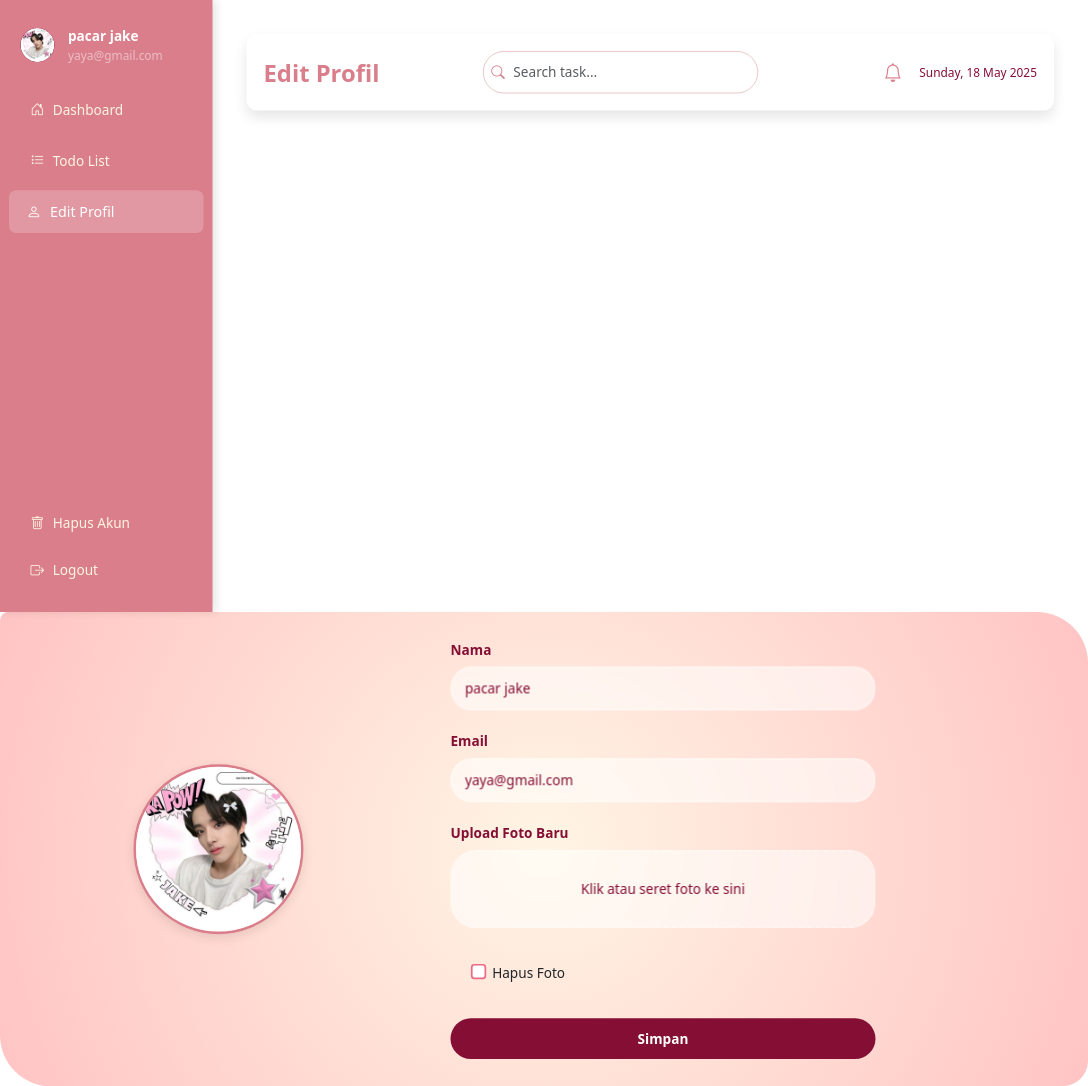
Repository: zhr-nabila/FloTime
Page: http://localhost/profile.php
The author's editor kept a copy of each file at every save. The page is drawn from the files as they stood at one save, then again after the next save.
The browser window is 1280 px wide. The pictures show the whole page, at 85% of full size.
The page is run by PHP 8.4 with error messages shown; the project is at /var/www/html/. The session is filled in as if someone had signed in: {"email": "yaya@gmail.com", "status": "login", "user_id": 2}. Other server files are loaded and not shown. The database holds what the project's SQL file puts in it.

Above is the page before, as saved 2025-05-18 22:41:33.

### profile.php
<?php
session_start();
include 'koneksi.php';

if (!isset($_SESSION['email'])) {
    header("Location: login.php");
    exit;
}

$email = $_SESSION['email'];
$activePage = 'profile';

// Ambil data user
$query = mysqli_query($conn, "SELECT * FROM users WHERE email = '$email'");
$user = mysqli_fetch_assoc($query);

// Proses update
if ($_SERVER["REQUEST_METHOD"] == "POST") {
    $new_name = mysqli_real_escape_string($conn, $_POST['name']);
    $new_email = mysqli_real_escape_string($conn, $_POST['email']);
    $photo_name = $user['photo']; // default photo lama

    // Upload foto jika ada
    if (isset($_FILES['photo']) && $_FILES['photo']['error'] == 0) {
        $allowed = ['jpg', 'jpeg', 'png', 'gif'];
        $ext = strtolower(pathinfo($_FILES['photo']['name'], PATHINFO_EXTENSION));
        if (in_array($ext, $allowed)) {
            $filename = uniqid() . '.' . $ext;
            move_uploaded_file($_FILES['photo']['tmp_name'], 'uploads/' . $filename);
            // Hapus file lama
            if ($user['photo'] && file_exists('uploads/' . $user['photo'])) {
                unlink('uploads/' . $user['photo']);
            }
            $photo_name = $filename;
        }
    }

    // Hapus foto jika dipilih
    if (isset($_POST['delete_photo']) && $user['photo']) {
        if (file_exists('uploads/' . $user['photo'])) {
            unlink('uploads/' . $user['photo']);
        }
        $photo_name = null;
    }

    $update = mysqli_query($conn, "UPDATE users SET name='$new_name', email='$new_email', photo=" . ($photo_name ? "'$photo_name'" : "NULL") . " WHERE email='$email'");

    if ($update) {
        $_SESSION['email'] = $new_email;
        header("Location: profile.php");
        exit;
    } else {
        $error = "Gagal memperbarui profil.";
    }
}
?>

<!DOCTYPE html>
<html lang="id">

<head>
    <meta charset="UTF-8">
    <title>Edit Profil</title>
    <link rel="stylesheet" href="css/style.css">
    <link rel="stylesheet" href="css/profile.css">
    <link href="https://cdn.jsdelivr.net/npm/bootstrap@5.3.3/dist/css/bootstrap.min.css" rel="stylesheet">
    <link href="https://cdn.jsdelivr.net/npm/bootstrap-icons@1.10.5/font/bootstrap-icons.css" rel="stylesheet">
</head>

<body>

    <?php include 'includes/sidebar.php'; ?>

    <div class="main-content">
        <?php
        $pageTitle = "Edit Profil";
        include 'includes/topbar.php';
        ?>
        <div class="content">
            <!-- KIRI: FOTO PROFIL -->
            <div class="profile-left">
                <?php if ($user['photo']) : ?>
                    <img src="uploads/<?= htmlspecialchars($user['photo']) ?>" alt="Foto Profil" class="photo-user" />
                <?php else : ?>
                    <div class="user-avatar-lg">
                        <?= strtoupper(substr($user['name'] ?: $user['email'], 0, 1)) ?>
                    </div>
                <?php endif; ?>
            </div>

            <!-- KANAN: FORM -->
            <form method="POST" enctype="multipart/form-data" class="form-profile">
                <?php if (isset($error)) : ?>
                    <div class="alert alert-danger"><?= $error ?></div>
                <?php endif; ?>

                <div>
                    <label for="name" class="form-label">Nama</label>
                    <input type="text" name="name" id="name" class="input-profile glass-input" value="<?= htmlspecialchars($user['name']) ?>" required />
                </div>
                <div>
                    <label for="email" class="form-label">Email</label>
                    <input type="email" name="email" id="email" class="input-profile glass-input" value="<?= htmlspecialchars($user['email']) ?>" required />
                </div>
                <div>
                    <label for="photo" class="form-label">Upload Foto Baru</label>
                    <label class="upload-box" for="photo">
                        Klik atau seret foto ke sini
                        <input type="file" name="photo" id="photo" />
                    </label>
                </div>

                <?php if ($user['photo']) : ?>
                    <div class="form-check">
                        <input type="checkbox" class="form-check-input" name="delete_photo" id="hapusFoto" />
                        <label for="hapusFoto">Hapus Foto</label>
                    </div>
                <?php endif; ?>

                <button type="submit" class="btn-primary">Simpan</button>
            </form>

        </div>
    </div>
</body>

</html>

### koneksi.php
<?php
$host = "localhost";
$user = "root";
$pass = "";
$db = "todolist";

$conn = mysqli_connect($host, $user, $pass, $db);

if (!$conn) {
    die("Koneksi gagal: " . mysqli_connect_error());
}

### includes/sidebar.php
<?php
if (!isset($_SESSION)) session_start();
include_once 'koneksi.php';

$email = $_SESSION['email'] ?? '';

// Ambil data user
$query = mysqli_query($conn, "SELECT * FROM users WHERE email = '$email'");
$user = mysqli_fetch_assoc($query);

// Ambil nama dan foto
$name = $user['name'] ?? '';
$avatar = $user['photo'] ?? null; // GUNAKAN 'photo' bukan 'avatar'

// Ambil inisial dari nama jika ada, kalau tidak dari email
$display_name = $name ?: $email;
$initial = strtoupper(substr($display_name, 0, 1));
?>

<div class="sidebar d-flex flex-column">
    <div class="px-4 d-flex align-items-center mb-4">
        <div class="user-avatar">
            <?php if ($avatar && file_exists("uploads/$avatar")): ?>
                <img src="uploads/<?= htmlspecialchars($avatar) ?>" alt="Avatar">
            <?php else: ?>
                <?= $initial ?>
            <?php endif; ?>
        </div>
        <div class="ms-3">
            <div class="fw-semibold"><?= htmlspecialchars($name ?: 'User') ?></div>
            <div class="small text-white-50"><?= htmlspecialchars($email) ?></div>
        </div>
    </div>
    <nav class="nav flex-column px-3">
        <a class="nav-link <?= ($activePage == 'dashboard') ? 'active' : '' ?>" href="dashboard.php">
            <i class="bi bi-house-door"></i> Dashboard
        </a>
        <a class="nav-link <?= ($activePage == 'todo') ? 'active' : '' ?>" href="todo.php">
            <i class="bi bi-list-task"></i> Todo List
        </a>
        <a class="nav-link <?= ($activePage == 'profile') ? 'active' : '' ?>" href="profile.php">
            <i class="bi bi-person"></i> Edit Profil
        </a>
        <a class="nav-link delete-account" href="#" id="deleteAccountBtn">
            <i class="bi bi-trash"></i> Hapus Akun
        </a>

        <a class="nav-link logout" href="logout.php">
            <i class="bi bi-box-arrow-right"></i> Logout
        </a>
    </nav>
</div>

<!-- Modal Hapus Akun -->
<div id="deleteModal">
  <div class="modal-box">
    <h4>Yakin ingin menghapus akun?</h4>
    <p>Aksi ini tidak bisa dibatalkan!</p>
    <form id="deleteAccountForm" method="POST" action="delete_account.php">
        <button type="submit" class="confirm">Ya, Hapus</button>
        <button type="button" class="cancel" onclick="closeModal()">Batal</button>
    </form>
  </div>
</div>

<script>
  const deleteBtn = document.getElementById('deleteAccountBtn');
  const modal = document.getElementById('deleteModal');
  const deleteForm = document.getElementById('deleteAccountForm');

  if (deleteBtn && modal) {
    deleteBtn.addEventListener('click', function(e) {
      e.preventDefault();
      modal.style.display = 'flex';
    });
  }

  function closeModal() {
    modal.style.display = 'none';
  }

  // Handle form submission
  deleteForm.addEventListener('submit', function(e) {
    e.preventDefault();

    fetch('delete_account.php', {
      method: 'POST',
      headers: {
        'Content-Type': 'application/x-www-form-urlencoded',
      },
      body: new URLSearchParams(new FormData(deleteForm))
    })
    .then(response => response.json())
    .then(result => {
      if (result.status === 'success') {
        window.location.href = 'login.php?account_deleted=1';
      } else {
        alert(result.message);
        closeModal();
      }
    })
    .catch(error => {
      console.error('Error:', error);
      alert('Terjadi kesalahan saat menghapus akun');
      closeModal();
    });
  });
</script>

### includes/topbar.php
<div class="header">
    <div class="title"><?= isset($pageTitle) ? htmlspecialchars($pageTitle) : 'Untitled'; ?></div>
    <div class="search-bar">
        <form method="GET" action="todo.php" class="d-flex">
            <input type="text" name="search" class="form-control" placeholder="Search task..." value="<?= isset($_GET['search']) ? htmlspecialchars($_GET['search']) : '' ?>">
            <button type="submit" class="btn"><i class="bi bi-search"></i></button>
        </form>
    </div>

  <div class="notifications" id="notifWrapper" style="position: relative;">
    <div style="position: relative;">
        <i class="bi bi-bell" id="notifIcon"></i>
        <span id="notifCount" class="notif-badge">0</span>

        <div id="notifDropdown" class="notif-dropdown">
            <div class="notif-header">Notifikasi</div>
            <div id="notifList">
                <div class="notif-item">Memuat notifikasi...</div>
            </div>
            <div class="notif-footer">
                <a href="#" onclick="markAllRead()">Tandai semua telah dibaca</a>
            </div>
        </div>
    </div>

    <div class="date"><?= date('l, d F Y') ?></div>
</div>

</div>


</div>

<script>
  const notifIcon = document.getElementById("notifIcon");
  const notifDropdown = document.getElementById("notifDropdown");
  const notifCount = document.getElementById("notifCount");
  const notifList = document.getElementById("notifList");

  notifIcon.addEventListener("click", function () {
    notifDropdown.style.display = notifDropdown.style.display === "block" ? "none" : "block";
    loadNotifications();
  });

  function loadNotifications() {
    fetch("load_notifications.php")
      .then((res) => res.json())
      .then((data) => {
        notifList.innerHTML = "";

        if (data.length === 0) {
          notifList.innerHTML = '<div class="notif-item text-muted">Tidak ada notifikasi.</div>';
          notifCount.style.display = "none";
        } else {
          notifCount.textContent = data.length;
          notifCount.style.display = "inline-block";

          data.forEach((notif) => {
            const item = document.createElement("div");
            item.className = "notif-item";
            item.textContent = notif.text;
            notifList.appendChild(item);
          });
        }
      });
  }

  function markAllRead() {
    fetch("mark_read.php").then(() => {
      notifCount.textContent = "0";
      notifCount.style.display = "none";
      notifList.innerHTML = '<div class="notif-item text-muted">Tidak ada notifikasi.</div>';
      notifDropdown.style.display = "none";
    });
  }

  // Tutup dropdown kalau klik di luar
  window.addEventListener("click", function (e) {
    if (!document.getElementById("notifWrapper").contains(e.target)) {
      notifDropdown.style.display = "none";
    }
  });
</script>

### css/profile.css
:root {
  --c0: #ffffff;
  --c1: #E3919F;
  --c2: #E7C0BC;
  --c3: #370808;
  --c4: #D97E8A;
  --c5: #EC9FAB;
  --c6: #000000;
  /* gradient */
  --c7: #850e35;
  --c8: #ee6983;
  --c9: #ffc4c4;
  --c10: #fff5e4;
  --c11: #d1d5db;
}

*:not(input):not(textarea):not([contenteditable="true"]) {
  caret-color: transparent !important;
}

input,
textarea,
[contenteditable="true"] {
  caret-color: auto;
  outline: none;
  padding: 6px 10px;
  border-radius: 5px;
  transition: border 0.2s ease;
}


body {
  background-color: #f0f2f5;
  font-family: 'Segoe UI', Tahoma, Geneva, Verdana, sans-serif;
  color: var(--c6);
  overflow: hidden;
}

html,
body {
    height: 100%;
}


::-webkit-scrollbar {
    display: none;
}


.main-content {
  display: flex;
  flex-direction: column;
  min-height: 100vh;
}

.content {
  display: flex;
  padding: 2rem;
  gap: 3rem;
  flex-grow: 1;
  border-radius: 10px 60px 30px;
  animation: fadeIn 0.6s ease, moveGradient 20s ease-in-out infinite alternate;
    background: radial-gradient(circle at center, var(--c10), var(--c9), var(--c5));
  background-size: 200% 200%;
}

.profile-left {
  display: flex;
  flex-direction: column;
  align-items: center;
  justify-content: center;
  gap: 1rem;
  width: 450px;
}

.photo-user {
  width: 200px;
  height: 200px;
  border-radius: 50%;
  object-fit: cover;
  border: 3px solid var(--c4);
  box-shadow: 0 4px 12px rgba(0, 0, 0, 0.1);
}

.user-avatar-lg {
  width: 200px;
  height: 200px;
  border-radius: 50%;
  background-color: var(--c7);
  color: var(--c0);
  display: flex;
  align-items: center;
  justify-content: center;
  font-size: 3.5rem;
  font-weight: bold;
  border: 3px solid var(--c4);
  box-shadow: 0 4px 12px rgba(0, 0, 0, 0.1);
}

.form-profile {
  flex-grow: 1;
  display: flex;
  flex-direction: column;
  gap: 1.5rem;
  max-width: 500px;
}

.form-label {
  font-weight: 600;
  color: var(--c7);
  margin-bottom: 0.5rem;
  display: block;
}

.input-profile {
  width: 100%;
  padding: 0.75rem 1rem;
  border: 1px solid var(--c11);
  border-radius: 30px;
  background-color: var(--c0);
  font-size: 1rem;
  transition: all 0.3s ease;
}

.input-profile:focus {
  outline: none;
  border-color: var(--c7);
  box-shadow: 0 0 0 3px rgba(133, 14, 53, 0.2);
}

.upload-box {
  display: flex;
  align-items: center;
  justify-content: center;
  padding: 2rem;
  border: 2px dashed rgba(255, 255, 255, 0.3);
  border-radius: 30px;
   background-color: rgba(255, 255, 255, 0.550) ;
   backdrop-filter: blur(5px);
   color: var(--c7);
  cursor: pointer;
  text-align: center;
  transition: all 0.3s ease;
  position: relative;
}

.upload-box:hover {
  border-color: var(--c7);
  background-color: var(--c2);
}

.upload-box input[type="file"] {
  position: absolute;
  width: 100%;
  height: 100%;
  top: 0;
  left: 0;
  opacity: 0;
  cursor: pointer;
}

.glass-input {
    background: rgba(255, 255, 255, 0.550) !important;
    border: 2px solid rgba(255, 255, 255, 0.3) !important;
    backdrop-filter: blur(5px);
    color: var(--c7);
    transition: all 0.3s ease;
    padding: 12px 15px !important;
    border-radius: 25px;
}

.glass-input:focus {
    background: rgba(255, 255, 255, 0.550) !important;
    border-color: rgba(255, 255, 255, 0.5) !important;
    box-shadow: 0 0 0 0.25rem rgba(238, 105, 131, 0.25);
    color: var(--c7);
}

.btn-primary {
  background-color: var(--c7);
  color: var(--c0);
  border: none;
  padding: 0.75rem;
  border-radius: 30px;
  font-weight: 600;
  font-size: 1rem;
  cursor: pointer;
  transition: 0.3s ease;
  margin-top: 1rem;
}

.btn-primary:hover {
  background-color: var(--c8);
  transform: scale(1.02);
  box-shadow: 0 4px 12px rgba(133, 14, 53, 0.3);
}

.form-check {
  display: flex;
  align-items: center;
  gap: 0.5rem;
  margin-top: 1rem;
}

.form-check-input {
  display: none;
}

.form-check label {
  position: relative;
  padding-left: 25px;
  cursor: pointer;
  line-height: 20px;
  display: inline-block;
}

/* Kotak checkbox buatan */
.form-check label::before {
  content: '';
  position: absolute;
  left: 0;
  top: 0;
  width: 18px;
  height: 18px;
  border: 2px solid var(--c8); /* warna border */
  background: var(--c0);
  border-radius: 4px;
}

/* Centang saat dicentang */
.form-check-input:checked + label::after {
  content: '✔';
  position: absolute;
  left: 0;
  top: 0;
  color: var(--c0);
  font-size: 14px;
  background-color: var(--c8); /* warna checkbox aktif */
  width: 18px;
  height: 18px;
  text-align: center;
  line-height: 18px;
  border-radius: 4px;
}

.alert {
  border-radius: 30px;
  padding: 0.75rem 1rem;
}

@media (max-width: 768px) {
  .content {
      flex-direction: column;
      align-items: center;
  }

  .profile-left {
      width: 100%;
      margin-bottom: 2rem;
  }

  .form-profile {
      width: 100%;
  }
}


@keyframes moveGradient {
  0% {
    background-position: 0% 50%;
  }

  50% {
    background-position: 100% 50%;
  }

  100% {
    background-position: 0% 50%;
  }
}

### todolist.sql (the tables this page reads)
CREATE TABLE `users` (
  `id` int(11) NOT NULL,
  `email` varchar(255) NOT NULL,
  `name` varchar(100) DEFAULT NULL,
  `password` varchar(255) NOT NULL,
  `photo` varchar(255) DEFAULT NULL
) ENGINE=InnoDB DEFAULT CHARSET=utf8mb4 COLLATE=utf8mb4_general_ci;

INSERT INTO `users` (`id`, `email`, `name`, `password`, `photo`) VALUES
(2, 'yaya@gmail.com', 'pacar jake', '1234', '682bf641de05a.jpeg');

ALTER TABLE `users`
  ADD PRIMARY KEY (`id`),
  ADD UNIQUE KEY `email` (`email`);

ALTER TABLE `users`
  MODIFY `id` int(11) NOT NULL AUTO_INCREMENT, AUTO_INCREMENT=4;

Loaded but not shown: css/style.css (559 lines, source omitted)

After the next save:
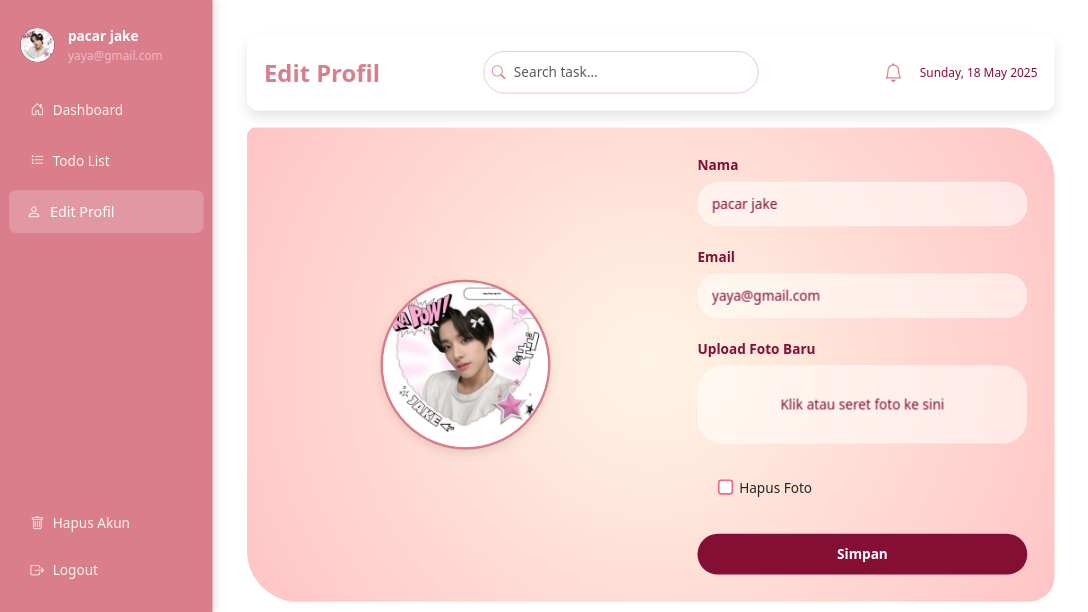
Saved 16 s later.
--- a/includes/topbar.php
+++ b/includes/topbar.php
@@ -7,25 +7,21 @@
         </form>
     </div>
 
-  <div class="notifications" id="notifWrapper" style="position: relative;">
-    <div style="position: relative;">
-        <i class="bi bi-bell" id="notifIcon"></i>
-        <span id="notifCount" class="notif-badge">0</span>
+   <div class="notifications" id="notifWrapper" style="position: relative;">
+    <i class="bi bi-bell" id="notifIcon"></i>
+    <span id="notifCount" class="notif-badge">0</span>
 
-        <div id="notifDropdown" class="notif-dropdown">
-            <div class="notif-header">Notifikasi</div>
-            <div id="notifList">
-                <div class="notif-item">Memuat notifikasi...</div>
-            </div>
-            <div class="notif-footer">
-                <a href="#" onclick="markAllRead()">Tandai semua telah dibaca</a>
-            </div>
+    <div id="notifDropdown" class="notif-dropdown">
+        <div class="notif-header">Notifikasi</div>
+        <div id="notifList">
+            <div class="notif-item">Memuat notifikasi...</div>
+        </div>
+        <div class="notif-footer">
+            <a href="#" onclick="markAllRead()">Tandai semua telah dibaca</a>
         </div>
     </div>
 
     <div class="date"><?= date('l, d F Y') ?></div>
-</div>
-
 </div>
 
 

After the save that followed:
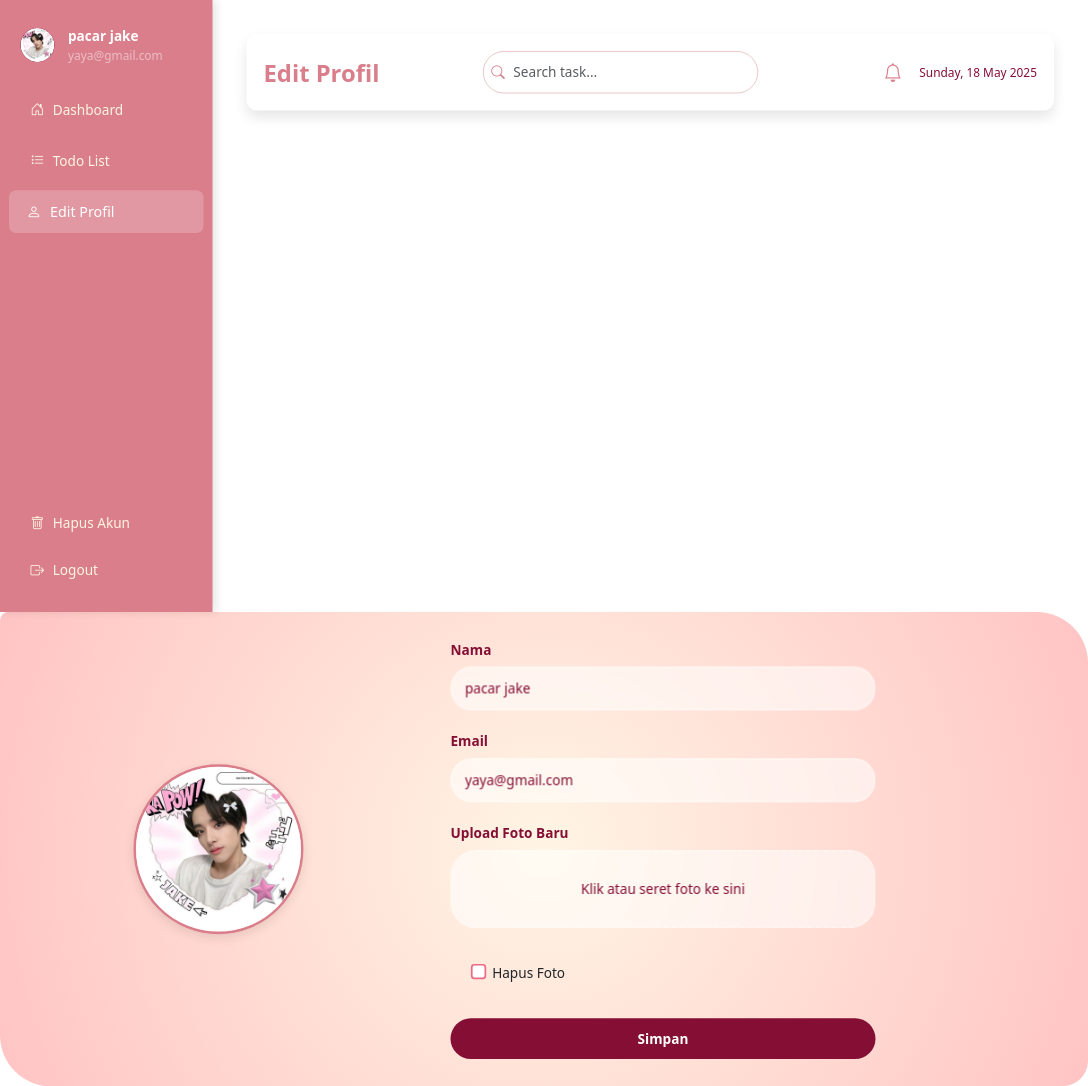
Saved 12 s later.
--- a/includes/topbar.php
+++ b/includes/topbar.php
@@ -7,21 +7,25 @@
         </form>
     </div>
 
-   <div class="notifications" id="notifWrapper" style="position: relative;">
-    <i class="bi bi-bell" id="notifIcon"></i>
-    <span id="notifCount" class="notif-badge">0</span>
+  <div class="notifications" id="notifWrapper" style="position: relative;">
+    <div style="position: relative;">
+        <i class="bi bi-bell" id="notifIcon"></i>
+        <span id="notifCount" class="notif-badge">0</span>
 
-    <div id="notifDropdown" class="notif-dropdown">
-        <div class="notif-header">Notifikasi</div>
-        <div id="notifList">
-            <div class="notif-item">Memuat notifikasi...</div>
-        </div>
-        <div class="notif-footer">
-            <a href="#" onclick="markAllRead()">Tandai semua telah dibaca</a>
+        <div id="notifDropdown" class="notif-dropdown">
+            <div class="notif-header">Notifikasi</div>
+            <div id="notifList">
+                <div class="notif-item">Memuat notifikasi...</div>
+            </div>
+            <div class="notif-footer">
+                <a href="#" onclick="markAllRead()">Tandai semua telah dibaca</a>
+            </div>
         </div>
     </div>
 
     <div class="date"><?= date('l, d F Y') ?></div>
+</div>
+
 </div>
 
 
